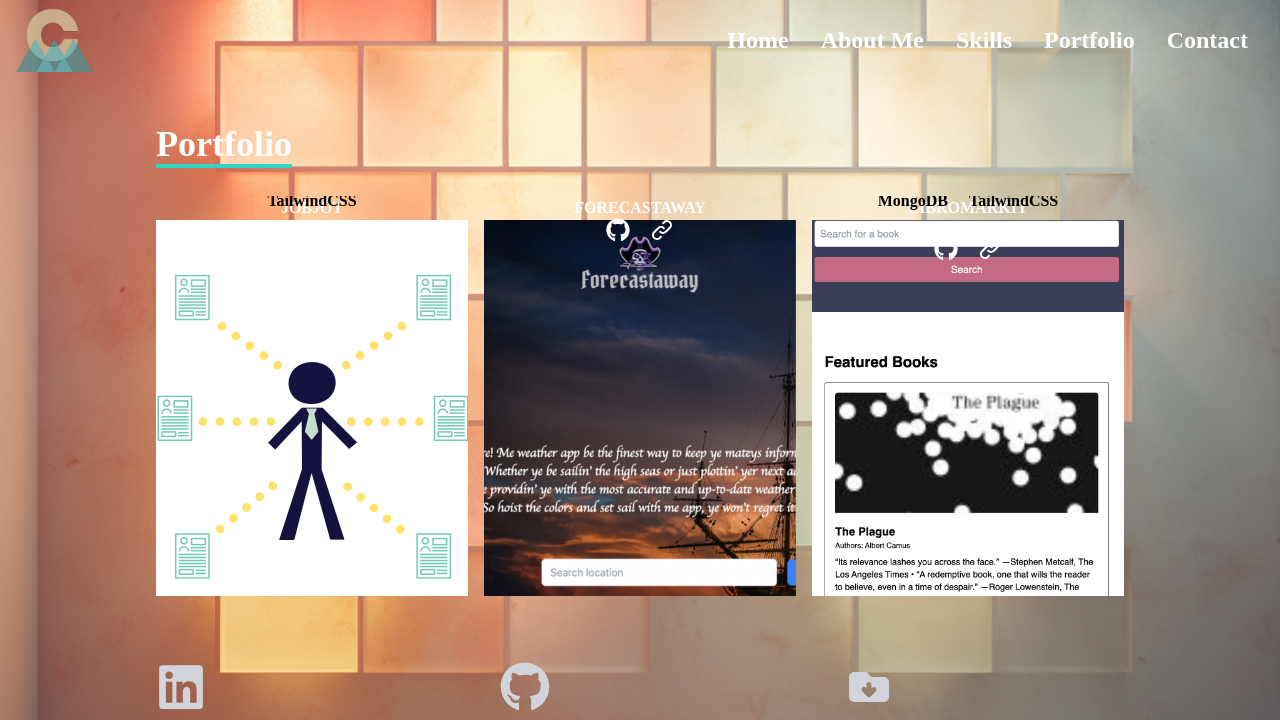
Repository: ChrisT303/portfolio-react
Page: /#/work
These files come from the project's save history. The page is drawn as it stood at one moment and after the next save; the edit follows.
The browser window is 1280 px wide. The pictures show the whole page.
The project was rebuilt for these pictures with package versions that can differ from the ones it lists, and the page was loaded fresh each time. Also part of the build but not shown: src/components/Hero.js, src/components/AboutMe.js, src/data/LogoData.js, src/components/Experience.js, src/components/Modal.js, src/components/Contact.js.

Above is the page before, as saved 2023-09-28 16:45:56.

### src/index.css
@tailwind base;
@tailwind components;
@tailwind utilities;

@import url("https://fonts.googleapis.com/css2?family=Raleway:wght@300;400;500;600;700;800;900&display=swap");

@layer base {
  body {
    @apply font-[Raleway];
  }
  li {
    @apply px-4;
    @apply cursor-pointer;
  }
}

.nav-hover {
  @apply hover:animate-pulse hover:text-[#30D5C8];
}

.text-main {
  @apply text-[#212020];
}

.peach {
  @apply text-[#212020] text-opacity-80;
}

.bdr {
  @apply border-[#30D5C8];
}

.form-bg {
  @apply bg-[#ccd6f6];
}

.hero-btn {
  @apply text-black font-bold border-4 rounded-full px-6 py-3 my-2 flex items-center hover:animate-pulse duration-100 hover:bg-[#30D5C8] hover:border-[#3e7a7a] hover:font-black;
}

.con-btn {
  @apply text-main border-2 hover:bg-[#30D5C8] hover:border-[#3e7a7a] hover:font-bold px-4 py-3 my-8 mx-auto flex items-center;
}
.modal-btn {
  @apply text-black border-4 rounded-lg hover:bg-[#30D5C8] hover:border-[#3e7a7a] hover:font-bold px-3 py-2 my-8 mx-auto flex justify-between items-center;
}

@media (min-width: 768px) {
  .hovereffect {
    width: 100%;
    height: 400px;
    float: left;
    overflow: hidden;
    position: relative;
    text-align: center;
    cursor: default;
  }

  .hovereffect .overlay {
    width: 100%;
    height: 100%;
    position: absolute;
    overflow: hidden;
    left: 0;
    background-color: rgba(255, 255, 255, 0.7);
    top: -200px;
    opacity: 0;
    filter: alpha(opacity=0);
    -webkit-transition: all 0.1s ease-out 0.5s;
    transition: all 0.1s ease-out 0.5s;
    display: flex;
    flex-direction: column;
    justify-content: center;
    align-items: center;
    gap: 20px;

  }

  .hovereffect:hover .overlay {
    opacity: 1;
    filter: alpha(opacity=100);
    top: 0px;
    -webkit-transition-delay: 0s;
    transition-delay: 0s;
  }

  .hovereffect img {
    display: block;
    position: relative;
  }

  .hovereffect h2 {
    text-transform: uppercase;
    color: #feb8c5;
    text-align: center;
    position: relative;
    font-size: 17px;
    padding: 10px;
    background: rgba(0, 0, 0, 0.6);
    -webkit-transform: translateY(-200px);
    -ms-transform: translateY(-200px);
    transform: translateY(-200px);
    -webkit-transition: all ease-in-out 0.1s;
    transition: all ease-in-out 0.1s;
    -webkit-transition-delay: 0.3s;
    transition-delay: 0.3s;
  }

  .hovereffect:hover h2 {
    -webkit-transform: translateY(0px);
    -ms-transform: translateY(0px);
    transform: translateY(0px);
    -webkit-transition-delay: 0.3s;
    transition-delay: 0.3s;
  }

  .hovereffect a.info {
    display: inline-block;
    text-decoration: none;
    padding: 7px 14px;
    text-transform: uppercase;
    margin: 50px 20px 0 0;
    background-color: transparent;
    -webkit-transform: translateY(-200px);
    -ms-transform: translateY(-200px);
    transform: translateY(-200px);
    color: #000;
    border: 1px solid #000;
    -webkit-transition: all ease-in-out 0.3s;
    transition: all ease-in-out 0.3s;
  }

  .hovereffect a.info:hover {
    box-shadow: 0 0 5px #fff;
  }

  .hovereffect:hover a.info {
    -webkit-transform: translateY(0px);
    -ms-transform: translateY(0px);
    transform: translateY(0px);
    box-shadow: 0 0 5px #000;
    color: #000;
    border: 1px solid #000;
    -webkit-transition-delay: 0.3s;
    transition-delay: 0.3s;
  }
}

a.info:hover {
  color: #6cc644;
}

.bounce {
  display: inline-block;
  position: relative;
  -moz-animation: bounce 0.5s infinite linear;
  -o-animation: bounce 0.5s infinite linear;
  -webkit-animation: bounce 0.5s infinite linear;
  animation: bounce 0.5s infinite linear;
}

.backdrop {
  position: fixed;
  top: 0;
  left: 0;
  width: 100%;
  height: 100vh;
  z-index: 10;
  background: rgba(0, 0, 0, 0.75);
}

.modalPos {
  position: fixed;
  top: 30vh;
  left: 10%;
  width: 80%;
  z-index: 100;
  overflow: hidden;
}

.header {
  background: #31708e;
  padding: 1rem;
}

.header h2 {
  margin: 0;
  color: white;
  font-weight: bold;
}

.content {
  display: flex;
  justify-content: space-between;
  padding: 1rem;
  background: white;
}

.actions {
  padding: 1rem;
  display: flex;
  justify-content: flex-end;
}

.project-image {
  width: 100%;
  height: 400px;
  object-fit: cover;
}

.button-container {
  display: flex;
  justify-content: center;
  gap: 20px;
  margin-top: 20px;
}

.tech-container {
  display: flex;
  justify-content: center;
  gap: 5px;
  flex-wrap: wrap;
}

.tooltip {
  visibility: hidden;
  background-color: #555;
  color: #fff;
  text-align: center;
  padding: 5px 10px;
  border-radius: 6px;
  position: absolute;
  z-index: 1;
  bottom: 100%;
  left: 50%;
  margin-left: -60px;
  opacity: 0;
  transition: opacity 0.3s;
}

.tooltip::after {
  content: "";
  position: absolute;
  top: 100%;
  left: 50%;
  margin-left: -5px;
  border-width: 5px;
  border-style: solid;
  border-color: #555 transparent transparent transparent;
}

.container:hover .tooltip {
  visibility: visible;
  opacity: 1;
}



@media (min-width: 768px) {
  .modalPos {
    left: calc(50% - 20rem);
    width: 40rem;
  }
}

### src/App.js

import Navigation from "./components/Navigation";
import Hero from "./components/Hero";
import AboutMe from "./components/AboutMe";
// import Footer from "./components/Footer";
import Experience from "./components/Experience";
import Contact from "./components/Contact";
import Work from "./components/Work";
import React from "react";
import { HashRouter as Router, Routes, Route } from "react-router-dom";


const App = () => {
  return (
    <Router>
      <Navigation />
      <Routes>
        <Route path="/" element={<Hero />} />
        <Route path="/about" element={<AboutMe />} />
        <Route path="/experience" element={<Experience />} />
        <Route path="/work" element={<Work />} />
        <Route path="/contact" element={<Contact />} />
      </Routes>
      {/* <Footer /> */}
    </Router>
  );
};



export default App;

### src/components/Navigation.js
import React, { useState } from "react";
import { NavLink } from "react-router-dom";
import { FaBars, FaTimes } from "react-icons/fa";
import Logo from "../assets/newlogo.png";


const Navigation = () => {
  const [nav, setNav] = useState(false);
  const handleClick = () => setNav(!nav);

  return (
    <div className="fixed w-full h-[80px] flex justify-between items-center px-4 bg-inherit text-main text-2xl font-semibold z-10">
      <div>
        <img  src={Logo} alt="Logo" className="hidden md:flex h-16" />
      </div>
      <ul className="hidden md:flex">
        <li>
          <NavLink to="/" className="nav-hover text-white">
            Home
          </NavLink>
        </li>
        <li>
          <NavLink to="/about" className="nav-hover text-white">
            About Me
          </NavLink>
        </li>
        <li>
          <NavLink to="/experience" className="nav-hover text-white">
            Skills
          </NavLink>
        </li>
        <li>
          <NavLink to="/work" className="nav-hover text-white">
            Portfolio
          </NavLink>
        </li>
        <li>
          <NavLink to="/contact" className="nav-hover text-white">
            Contact
          </NavLink>
        </li>
      </ul>

      <div onClick={handleClick} className="md:hidden z-100">
        {!nav ? <FaBars /> : <FaTimes />}
      </div>
      <ul
        className={
          !nav
            ? "hidden"
            : "absolute top-0 left-0 w-full h-screen main flex flex-col justify-center items-center bg-black md:bg-black "
        }
      >
        <li className="py-6 text-4xl">
          <NavLink onClick={handleClick} to="/" className="nav-hover text-white">
            Home
          </NavLink>
        </li>
        <li className="py-6 text-4xl">
          <NavLink onClick={handleClick} to="/about" className="nav-hover text-white">
            About Me
          </NavLink>
        </li>
        <li className="py-6 text-4xl">
          <NavLink onClick={handleClick} to="/experience" className="nav-hover text-white">
            Skills
          </NavLink>
        </li>
        <li className="py-6 text-4xl">
          <NavLink onClick={handleClick} to="/work" className="nav-hover text-white">
            Portfolio
          </NavLink>
        </li>
        <li className="py-6 text-4xl">
          <NavLink onClick={handleClick} to="/contact" className="nav-hover text-white">
            Contact
          </NavLink>
        </li>
      </ul>
    </div>
  );
};

export default Navigation;

### src/components/Work.js
import applications from "../data/ProjectData";
import { FaGithub } from "react-icons/fa";
import { HiOutlineLink } from "react-icons/hi";
import Footer from "./Footer";

const Work = () => (
  <div className="w-full md:h-screen text-white bg-eyes bg-cover bg-center">
    <div className="max-w-[1000px] mx-auto p-4 flex flex-col justify-center w-full h-full">
      <div className="pb-8">
        <p className="text-4xl font-bold inline border-b-4 text-white bdr">
          Portfolio
        </p>
      </div>
      <div className="grid mx-auto sm:grid-cols-2 md:grid-cols-3 gap-4">
        {applications.map((app) => (
          <div key={app.key} className="hovereffect">
            <div className="text-center">
              {/* App name on top of the image */}
              <h2 className="font-bold">{app.name}</h2>
              <img className="project-image" src={app.src} alt={app.name} />
            </div>
            <div className="overlay grid grid-cols-3 pt-4">
              <div className="col-span-3 text-center">
                {/* Tech names over the image */}
                <div className="tech-container">
                  {app.tech.map((tech) => (
                    <span
                      key={tech}
                      className="bg-main text-black font-extrabold py-1 px-2 rounded-md"
                    >
                      {tech}
                    </span>
                  ))}
                </div>
                {/* Links centered below the image */}
                <div className="button-container">
                  <a href={app.code} className="info">
                    <div className="flex justify-around text-2xl hover:text-[#6cc644]">
                      <FaGithub />
                    </div>
                  </a>
                  <a className="info" href={app.link}>
                    <div className="flex justify-around text-2xl hover:text-[#dE73FF]">
                      <HiOutlineLink />
                    </div>
                  </a>
                </div>
              </div>
            </div>
          </div>
        ))}
      </div>
      <Footer />
    </div>
  </div>
);

export default Work;

### src/components/Footer.js
import React from "react";
import { FaLinkedin, FaGithub } from "react-icons/fa";
import { HiFolderDownload } from "react-icons/hi";

const Footer = () => {
  return (
    <footer className="bg-inherit fixed bottom-0 left-0 w-full">
      <div>
        <div>
          <div className="max-w-[1000px] mx-auto pt-4 pb-2">
            <ul className="w-full space-y-2 grid grid-cols-3 auto-cols-max mb-0 gap-8 justify-center">
              <li>
                <a
                  href="https://www.linkedin.com/in/christopher-williams-368b29201/"
                  className="text-gray-300 group hover:text-[#0072b1]"
                >
                  <h2 className="invisible md:group-hover:visible md:group-hover:animate-bounce pt-2">
                    LinkedIn
                  </h2>
                  <FaLinkedin size={50} />
                </a>
              </li>
              <li>
                <a
                  href="https://github.com/deftonechris"
                  className="text-gray-300 group hover:text-[#6cc644]"
                >
                  <h2 className="invisible md:group-hover:visible md:group-hover:animate-bounce">
                    GitHub
                  </h2>
                  <FaGithub size={50} />
                </a>
              </li>
              <li>
                <a
                  href="https://drive.google.com/file/d/1F9QXAFgH3DuC2GkPuuiRkouwcBjN8J8z/view?usp=drive_link"
                  className="text-gray-300 group hover:text-red-600"
                >
                  <h2 className="invisible md:group-hover:visible md:group-hover:animate-bounce">
                    Resume
                  </h2>
                  <HiFolderDownload size={50} />
                </a>
              </li>
            </ul>
          </div>
        </div>
      </div>
    </footer>
  );
};

export default Footer;

### src/data/ProjectData.js
import Libro from '../assets/Libro3.png'
import JobJot from '../assets/JobJotSS.png'
import ForeSS from '../assets/ForeSS.png'



const applications = [
  {
    key: 1,
    name: "JobJot",
    src: JobJot,
    code: "https://github.com/deftonechris/JobJot",
    link: "https://jobjot.onrender.com/",
    tech: ["React", "Node.js", "MongoDB", "Express.js", "TailwindCSS"],

  },
  {
    key: 2,
    name: "ForeCastaway",
    src: ForeSS,
    code: "https://github.com/deftonechris/ForeCastaway",
    link: "https://fore-castaway-rvp6.vercel.app/",
    tech: ["TypeScript", "Next.js", "TailwindCSS"],

  },
  {
    key: 3,
    name: "LibroMarkit",
    src: Libro,
    code: "https://github.com/deftonechris/LibroMarkIt",
    link: "https://libro-mark-it.vercel.app/",
    tech: ["Next.js", "Node.js", "GraphQL", "MongoDB", "TailwindCSS"],

  },

];



export default applications;

### tailwind.config.js
/** @type {import('tailwindcss').Config} */
module.exports = {
  content: ["./src/**/*.{js,jsx,ts,tsx}"],
  theme: {
    extend: {
      backgroundImage: {
        eyes: "url('./assets/wallPatern.png')",
      },
    },
  },
  plugins: [],
};

Loaded but not shown: public/index.html (common file); src/index.js (common file)

After the next save:
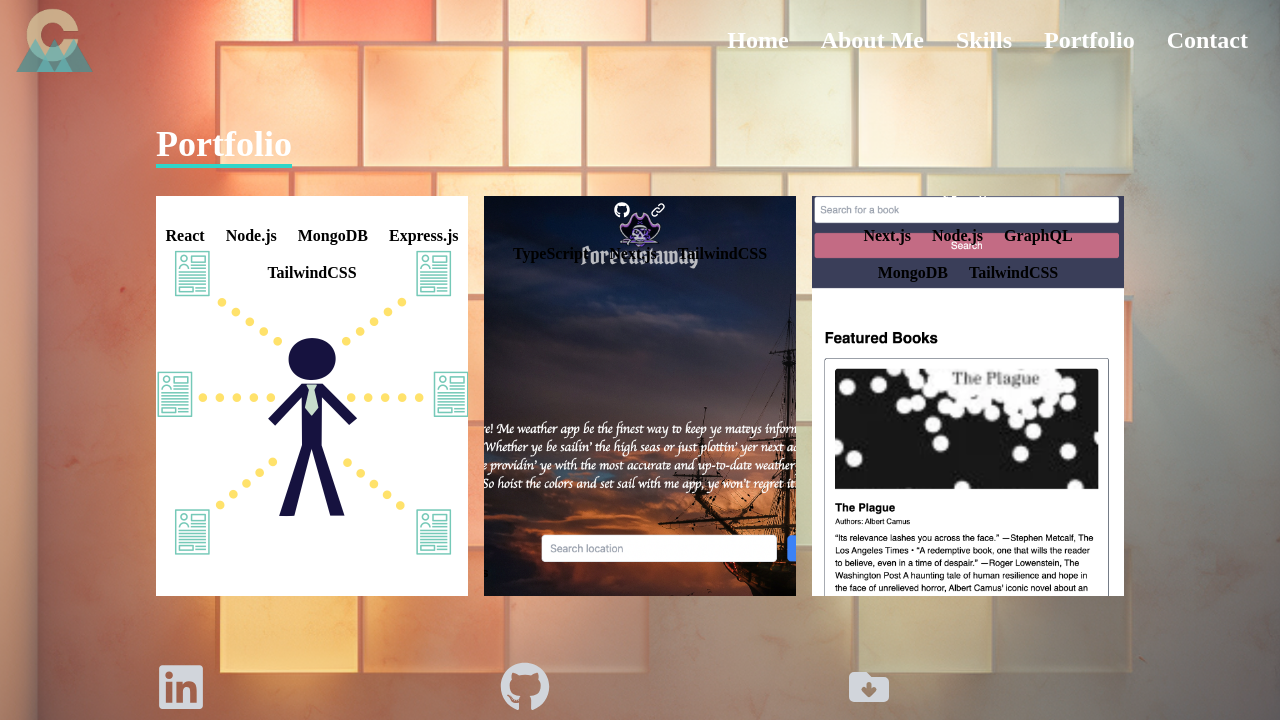
Saved 6 s later.
--- a/src/components/Work.js
+++ b/src/components/Work.js
@@ -11,39 +11,31 @@ const Work = () => (
           Portfolio
         </p>
       </div>
-      <div className="grid mx-auto sm:grid-cols-2 md:grid-cols-3 gap-4">
+      <div className="grid mx-auto sm:grid-cols-2 md:grid-cols-3 gap-4 ">
         {applications.map((app) => (
-          <div key={app.key} className="hovereffect">
-            <div className="text-center">
-              {/* App name on top of the image */}
-              <h2 className="font-bold">{app.name}</h2>
-              <img className="project-image" src={app.src} alt={app.name} />
-            </div>
-            <div className="overlay grid grid-cols-3 pt-4">
-              <div className="col-span-3 text-center">
-                {/* Tech names over the image */}
-                <div className="tech-container">
-                  {app.tech.map((tech) => (
-                    <span
-                      key={tech}
-                      className="bg-main text-black font-extrabold py-1 px-2 rounded-md"
-                    >
-                      {tech}
-                    </span>
-                  ))}
-                </div>
-                {/* Links centered below the image */}
+          <div key={app.key}>
+            <div className="hovereffect">
+              <img className="project-image" src={app.src} alt="{app.name}" />
+              <div className="overlay grid grid-cols-3 md:inline-block md:grid-cols-none pt-4 md:pt-0">
+                <h2 className="font-bold">{app.name}</h2>
                 <div className="button-container">
                   <a href={app.code} className="info">
-                    <div className="flex justify-around text-2xl hover:text-[#6cc644]">
+                    <div className="flex justify-around text-2xl md:text-base hover:text-[#6cc644]">
                       <FaGithub />
                     </div>
                   </a>
                   <a className="info" href={app.link}>
-                    <div className="flex justify-around text-2xl hover:text-[#dE73FF]">
+                    <div className="flex justify-around text-2xl md:text-base hover:text-[#dE73FF]">
                       <HiOutlineLink />
                     </div>
                   </a>
+                </div>
+                <div className="tech-container">
+                  {app.tech.map((tech) => (
+                    <span key={tech} className="bg-main text-black font-extrabold  py-1 px-2 rounded-md">
+                      {tech}
+                    </span>
+                  ))}
                 </div>
               </div>
             </div>
